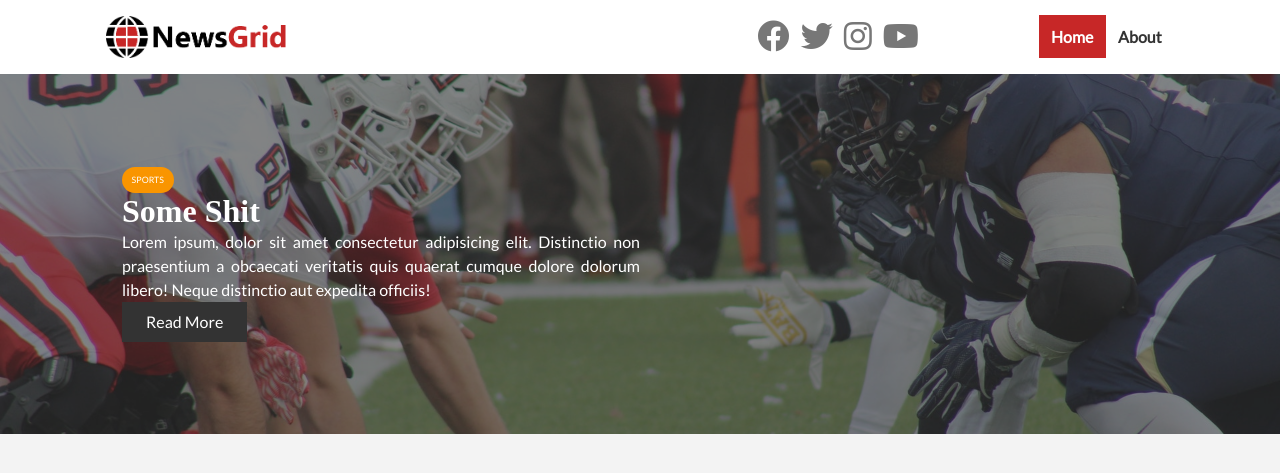
Repository: EswinGiova/NewsGrid
Page: index.html
An editor plug-in stored every save of this project. The page is shown before and after the next save, followed by the edit.
The browser window is 1280 px wide. The pictures show the whole page.
Some web libraries are served in a nearby version.

Above is the page before, as saved 2020-09-19 20:13:22.

### index.html
<!DOCTYPE html>
<html lang="en">
  <head>
    <meta charset="UTF-8" />
    <meta name="viewport" content="width=device-width, initial-scale=1.0" />
    <link rel="shortcut icon" type="image/x-icon" href="favicon.ico" />
    <link
      href="https://fonts.googleapis.com/css2?family=Lato&family=Staatliches&display=swap"
      rel="stylesheet"
    />
    <link rel="stylesheet" href="./css/style.css" />
    <link
      rel="stylesheet"
      media="screen and (max-width: 768px)"
      href="./css/mobile.css"
    />

    <link
      rel="stylesheet"
      href="https://cdnjs.cloudflare.com/ajax/libs/font-awesome/5.14.0/css/all.min.css"
      integrity="sha512-1PKOgIY59xJ8Co8+NE6FZ+LOAZKjy+KY8iq0G4B3CyeY6wYHN3yt9PW0XpSriVlkMXe40PTKnXrLnZ9+fkDaog=="
      crossorigin="anonymous"
    />

    <title>NewsGrid | Latest News</title>
  </head>
  <body>
    <nav id="main-nav">
      <div class="container">
        <img src="./image_resources/logo.png" alt="" class="logo" />
        <div class="social">
          <a href="#" target="_blank"><i class="fab fa-facebook fa-2x"></i></a>
          <a href="#" target="_blank"><i class="fab fa-twitter fa-2x"></i></a>
          <a href="#" target="_blank"><i class="fab fa-instagram fa-2x"></i></a>
          <a href="#" target="_blank"><i class="fab fa-youtube fa-2x"></i></a>
        </div>
        <ul>
          <li><a href="#" class="current">Home</a></li>
          <li><a href="#">About </a></li>
        </ul>
      </div>
    </nav>

    <header id="showcase">
      <div class="container">
        <div class="showcase-container">
          <div class="showcase-content">
            <div class="category category-sports">Sports</div>
            <h1>Some Shit</h1>
            <p>
              Lorem ipsum, dolor sit amet consectetur adipisicing elit.
              Distinctio non praesentium a obcaecati veritatis quis quaerat
              cumque dolore dolorum libero! Neque distinctio aut expedita
              officiis!
            </p>
            <a href="./article.html" class="btn btn-primary">Read More </a>
          </div>
        </div>
      </div>
    </header>
  </body>
</html>

### css/style.css
:root {
  --primary-color: #c72727;
  --secondary-color: #f99500;
  --light-color: #f3f3f3;
  --dark-color: #333;
  --max-width: 1100px;
}

.category {
  --sports-color: #f99500;
  --ent-color: #a66bbe;
  --tech-color: #009cff;
}
* {
  margin: 0;
  padding: 0;
  box-sizing: border-box;
}
body {
  font-family: 'Lato', sans-serif;
  line-height: 1.5;
  background: var(--light-color);
}

a {
  color: var(--dark-color);
  text-decoration: none;
}

ul {
  list-style: none;
}

img {
  width: 100%;
}

h1,
h2,
h3,
h4,
h5,
h6 {
  font-family: 'Staaliches', cursive;
  margin-bottom: 0.55rem;
  line-height: 1.3rem;
}

/*  utility class */

.container {
  max-width: var(--max-width);
  margin: auto;
  padding: 0 2rem;
  overflow: hidden;
}

/* category */

.category {
  display: inline-block;
  color: #fff;
  font-size: 0.55rem;
  text-transform: uppercase;
  padding: 0.4rem 0.6rem;
  border-radius: 15px;
  margin-bottom: 0.5rem;
}

.category-sports {
  background: var(--sports-color);
}
.category-ent {
  background: var(--ent-color);
}
.category-tech {
  background: var(--tech-color);
}

/* btn */

.btn {
  display: inline-block;
  border: none;
  background: var(--dark-color);
  color: #fff;
  padding: 0.5rem 1.5rem;
}

/* Navigation */
#main-nav {
  background: #fff;
  position: sticky;
  top: 0;
  z-index: 2;
}

#main-nav .container {
  display: grid;
  grid-template-columns: 6fr 3fr 2fr;
  padding: 1rem;
  align-items: center;
}

#main-nav .logo {
  width: 180px;
}

#main-nav ul {
  display: flex;
  justify-self: end;
}

#main-nav ul li a {
  padding: 0.77rem;
  font-weight: bold;
}

#main-nav ul li .current {
  background: var(--primary-color);
  color: white;
}

#main-nav ul li .current:hover {
  background: var(--light-color);
  color: var(--dark-color);
}
#main-nav .social {
  justify-self: center;
}

#main-nav .social i {
  color: #777;
  margin-left: 0.5rem;
}

/* showcase */
#showcase {
  background: #333;
  color: #fff;
  position: relative;
}

#showcase:before {
  content: '';
  background: url('../image_resources/featured.jpg') center center/cover;
  position: absolute;
  top: 0;
  left: 0;
  width: 100%;
  height: 100%;
  opacity: 0.4;
}
#showcase .showcase-container {
  height: 50vh;
  display: grid;
  grid-template-columns: repeat(2, 1fr);
  justify-content: center;
  align-content: center;
}
#showcase .showcase-container .showcase-content {
  z-index: 2;
  text-align: justify;
}

Loaded but not shown: css/mobile.css (no copy from this time; the picture is the same without it)

After the next save:
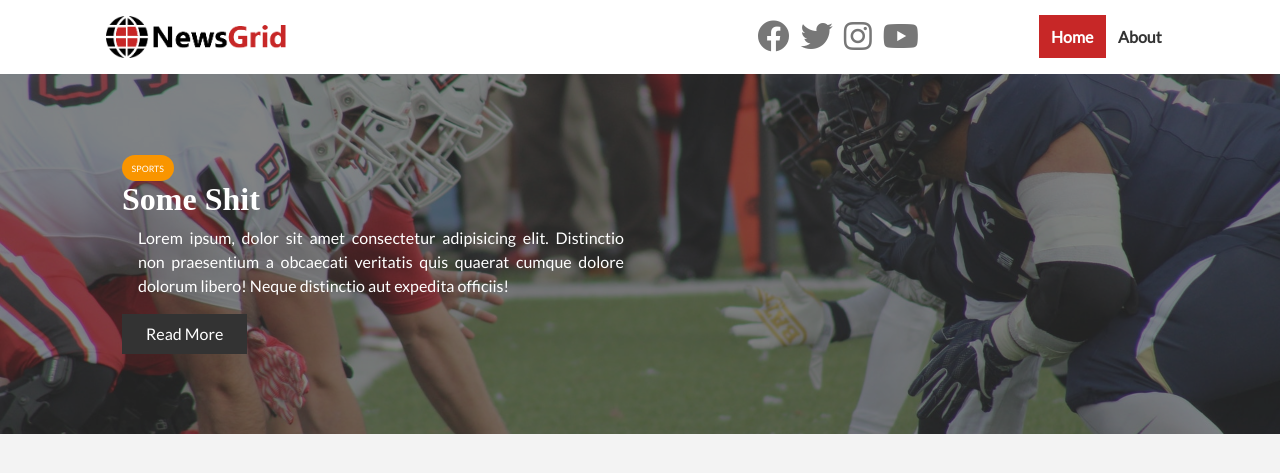
Saved 66 s later.
--- a/css/style.css
+++ b/css/style.css
@@ -162,3 +162,6 @@ h6 {
   z-index: 2;
   text-align: justify;
 }
+#showcase .showcase-container .showcase-content p {
+  margin: 1rem;
+}
